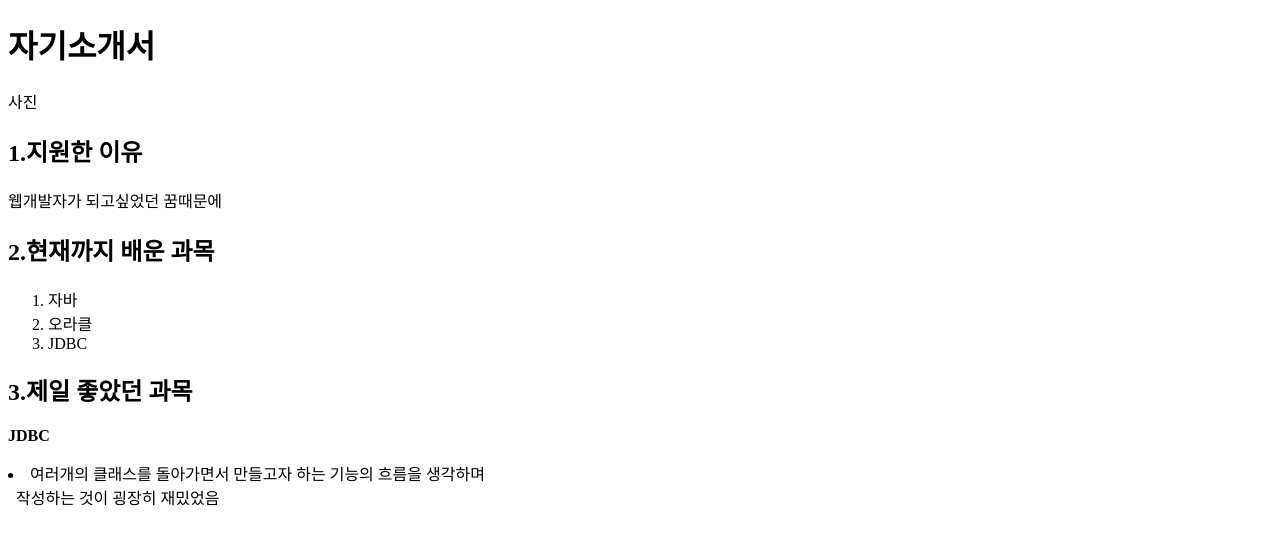
Repository: DongHyenYoo/DongHyen
Page: JdbcStudy/HTMLTEST/WebContent/SelfIntro.html
The author's editor kept a copy of each file at every save. The page is drawn from the files as they stood at one save, then again after the next save.
The browser window is 1280 px wide. The pictures show the whole page.

Above is the page before, as saved 2022-09-23 07:22:57.

### JdbcStudy/HTMLTEST/WebContent/SelfIntro.html
<!DOCTYPE html>
<html>
<head>
<meta charset="UTF-8">
<title>Insert title here</title>
</head>
<body>
<h1>자기소개서</h1>

사진


<h2>1.지원한 이유</h2>
<p>
웹개발자가 되고싶었던 꿈때문에
</p>


<h2>2.현재까지 배운 과목</h2>
<p>
<ol>
<li>자바</li>
<li>오라클</li>
<li>JDBC</li>
</ol>
</p>


<h2>3.제일 좋았던 과목</h2>
<p>
<strong>JDBC</strong>
<li>여러개의 클래스를 돌아가면서 만들고자 하는 기능의 흐름을 생각하며<br>
&nbsp;&nbsp;작성하는 것이 굉장히 재밌었음</li>
</p>






</body>
</html>

After the next save:
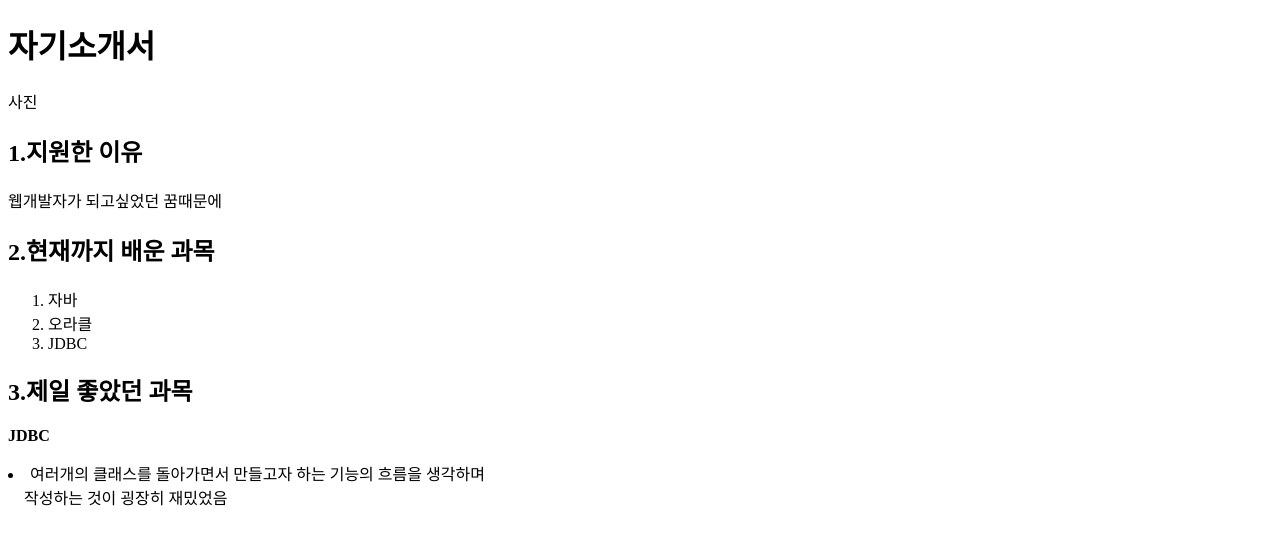
Saved 8 s later.
--- a/JdbcStudy/HTMLTEST/WebContent/SelfIntro.html
+++ b/JdbcStudy/HTMLTEST/WebContent/SelfIntro.html
@@ -30,7 +30,7 @@
 <p>
 <strong>JDBC</strong>
 <li>여러개의 클래스를 돌아가면서 만들고자 하는 기능의 흐름을 생각하며<br>
-&nbsp;&nbsp;작성하는 것이 굉장히 재밌었음</li>
+&nbsp;&nbsp;&nbsp;&nbsp;작성하는 것이 굉장히 재밌었음</li>
 </p>
 
 
